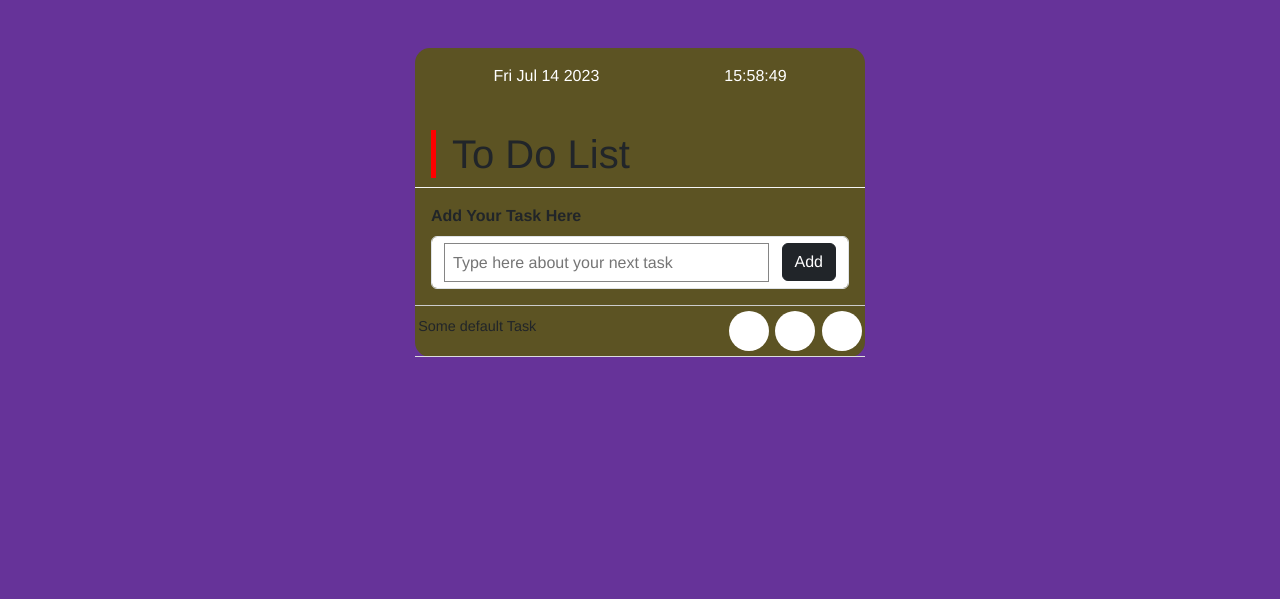
Repository: Passionblaz/TODO
Page: TODO/Untitled-1.html
These files come from the project's save history. The page is drawn as it stood at one moment and after the next save; the edit follows.
The browser window is 1280 px wide. The pictures show the whole page.

Above is the page before, as saved 2023-07-14 15:59:04.

After the next save:
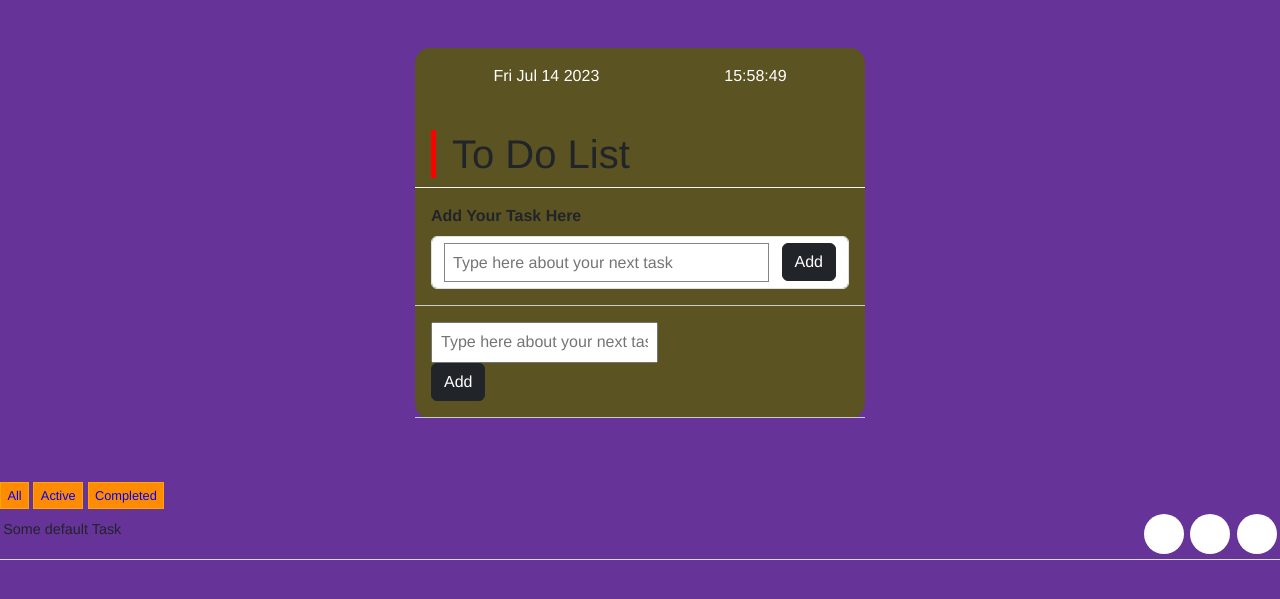
Saved 16 s later.
--- a/TODO/Untitled-1.html
+++ b/TODO/Untitled-1.html
@@ -33,7 +33,7 @@
 
 </form>
 <!-- Edit The Tasks-->
-<form action="" id="edit-form" class="hide">
+<form action="" id="edit-form" class="hide>
   <p>Edit Your Task</p>
 <div class="form-control">
 <input type="text" id="edit-input" placeholder="Type here about your next task">

After the save that followed:
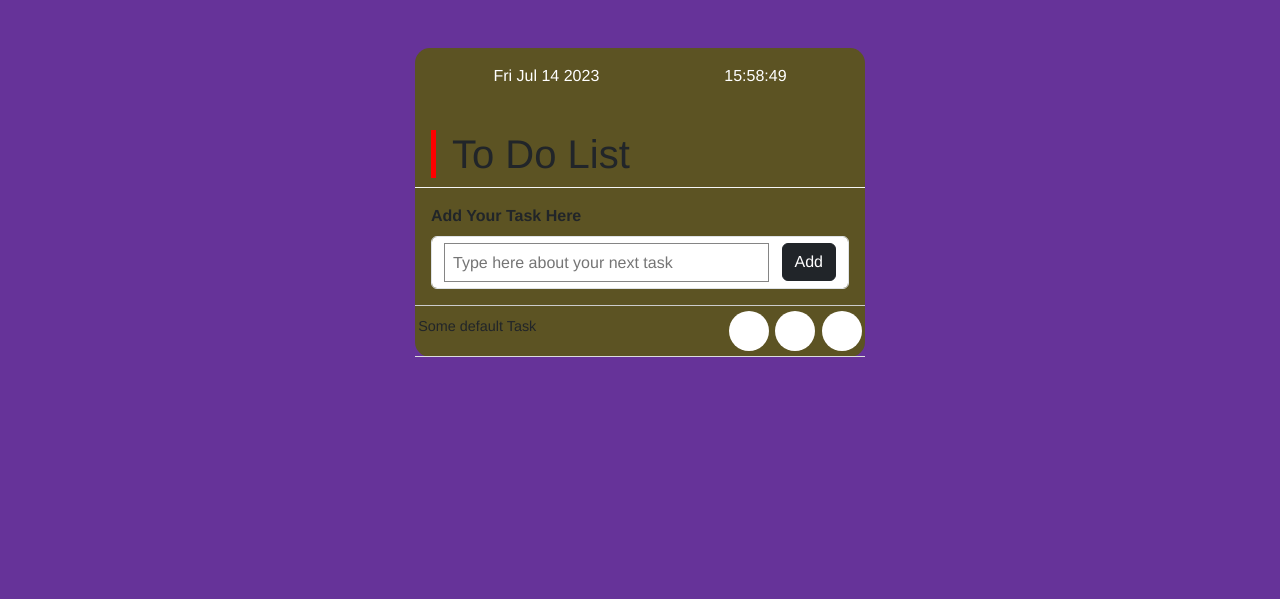
Saved 4 s later.
--- a/TODO/Untitled-1.html
+++ b/TODO/Untitled-1.html
@@ -33,7 +33,7 @@
 
 </form>
 <!-- Edit The Tasks-->
-<form action="" id="edit-form" class="hide>
+<form action="" id="edit-form" class="hide">
   <p>Edit Your Task</p>
 <div class="form-control">
 <input type="text" id="edit-input" placeholder="Type here about your next task">
